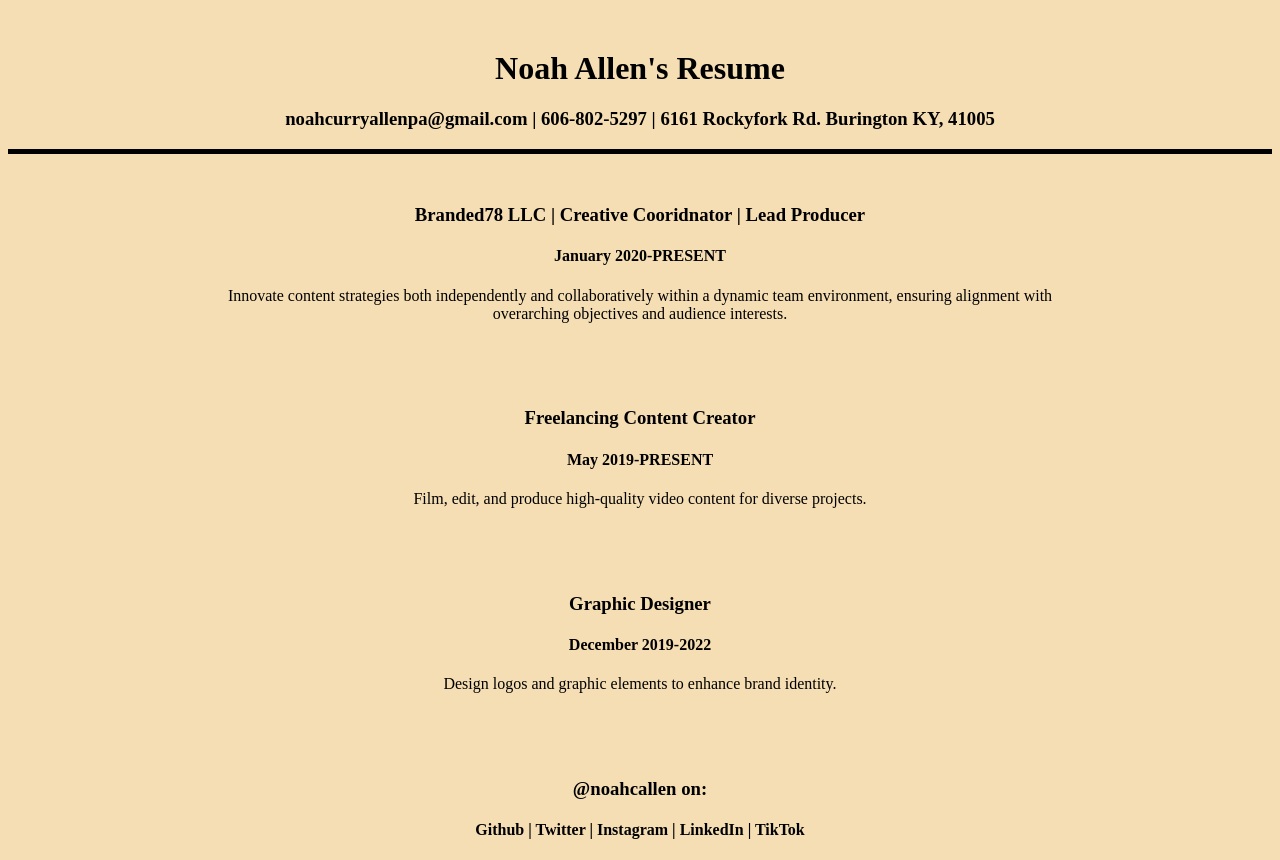
Repository: noahcallen/LAB-HTML-Resume
Page: index.html
An editor plug-in stored every save of this project. The page is shown before and after the next save, followed by the edit.
The browser window is 1280 px wide. The pictures show the whole page.

Above is the page before, as saved 2024-07-08 21:49:30.

After the next save:
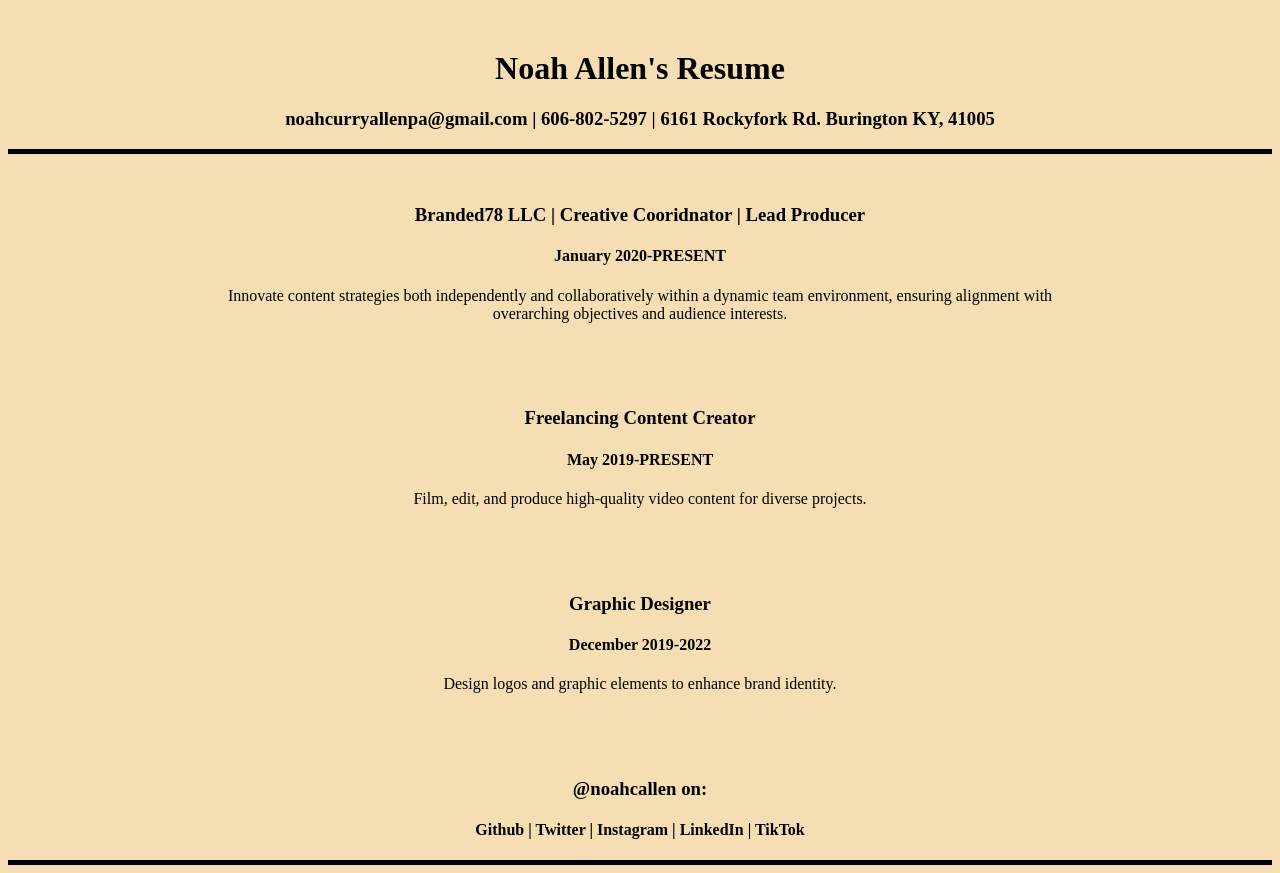
Saved 28 s later.
--- a/main.css
+++ b/main.css
@@ -19,3 +19,8 @@
 #Job3 {
   padding: 0px 200px 50px 200px;
 }
+
+.FOOTER {
+  border-bottom: solid 5px black;
+
+}
